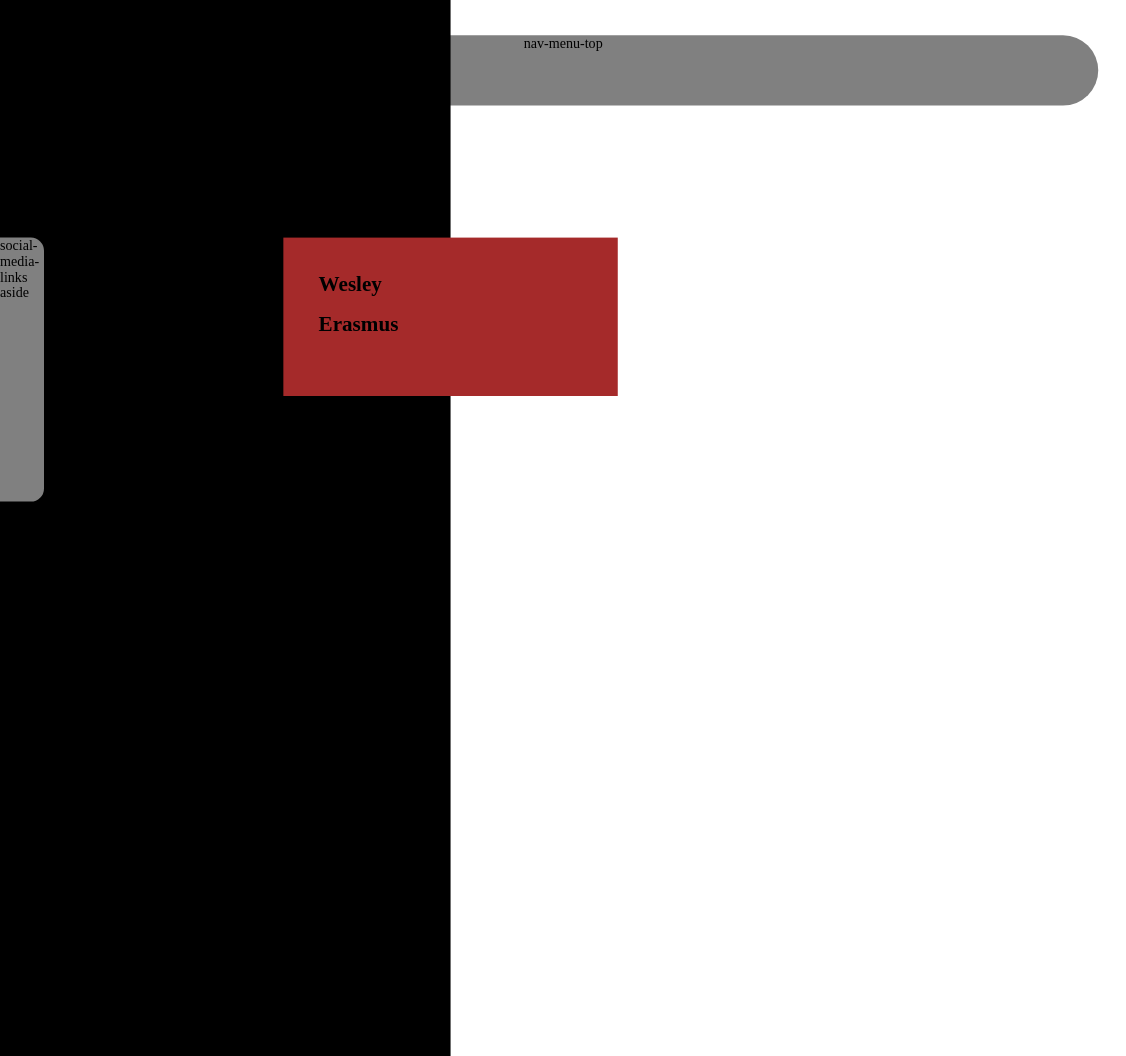
Repository: WesleyErasmus/MyDigitalResume-4
Page: index.html
These files come from the project's save history. The page is drawn as it stood at one moment and after the next save; the edit follows.
The browser window is 1280 px wide. The pictures show the whole page, at 88% of full size.

Above is the page before, as saved 2022-02-15 20:08:15.

After the next save:
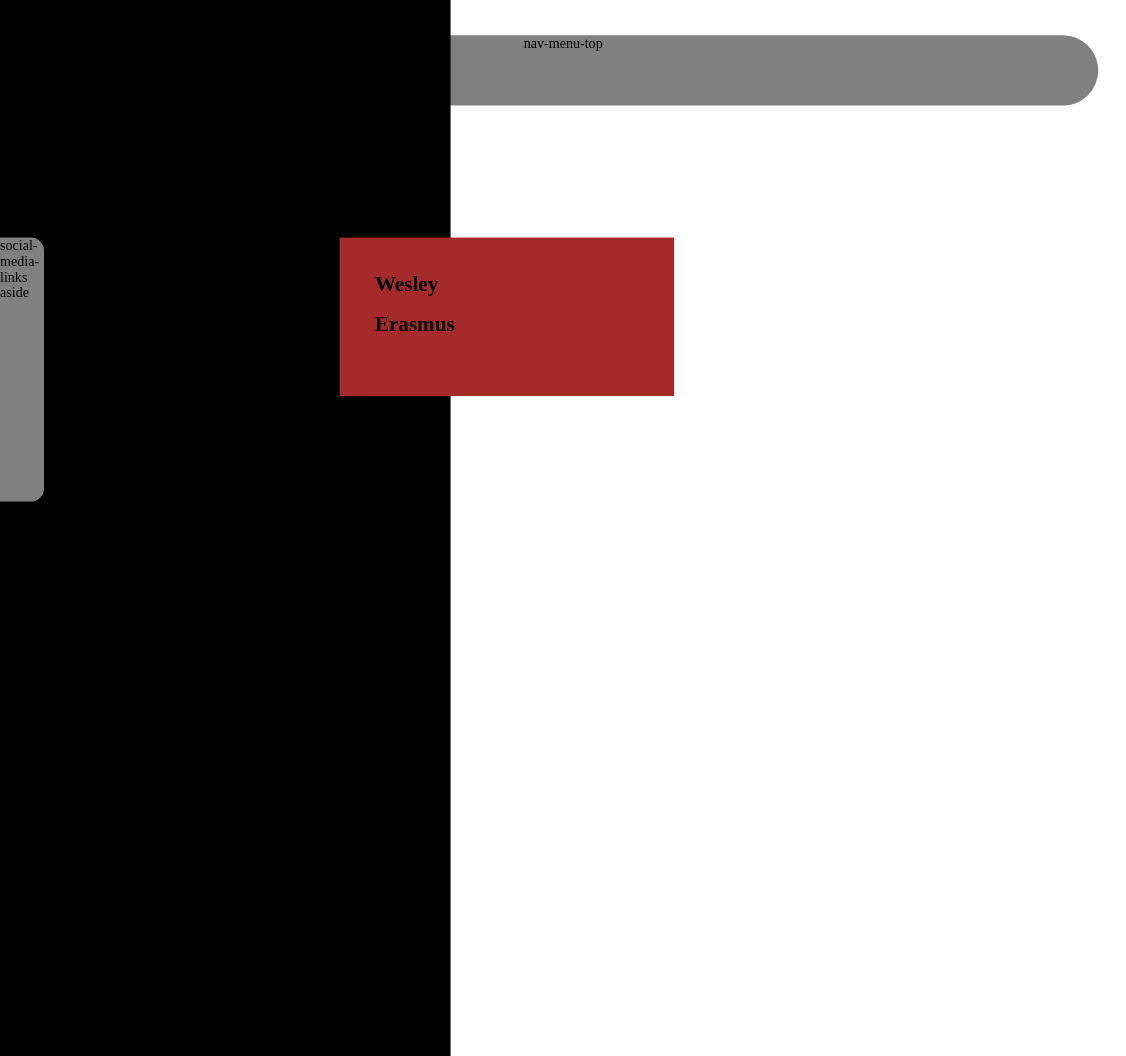
Saved 26 s later.
--- a/stylesheet.css
+++ b/stylesheet.css
@@ -47,7 +47,7 @@ height: 100px;
 margin: 0;
 position: absolute;
 top: 50%;
-left: 40%;
+left: 45%;
 -ms-transform: translate(-50%, -50%);
 transform: translate(-50%, -50%);
 padding: 40px;
